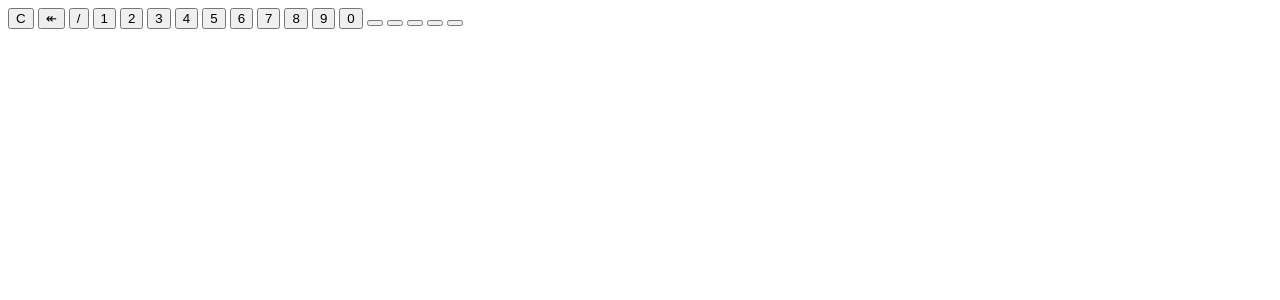
Repository: jhonenmanuel1/javaScript-calculator
Page: src/index.html
The author's editor kept a copy of each file at every save. The page is drawn from the files as they stood at one save, then again after the next save.
The browser window is 1280 px wide. The pictures show the whole page.

Above is the page before, as saved 2022-08-02 22:23:33.

### src/index.html
<!DOCTYPE html>
<html lang="en">
  <head>
    <meta charset="UTF-8" />
    <meta http-equiv="X-UA-Compatible" content="IE=edge" />
    <meta name="viewport" content="width=device-width, initial-scale=1.0" />
    <title>JavaScript Calculator</title>
    <link
      href="https://fonts.googleapis.com/css2?family=Open+Sans:ital,wght@1,500&display=swap"
      rel="stylesheet"
    />
  </head>
  <body>
    <div class="container">
      <div class="calculator">
        <div class="display">
          <div id="last-value"></div>
          <div id="actual-value"></div>
        </div>
        <button> C</button>
        <button>&Larr;</button>
        <button>/</button>
        <button>1</button>
        <button>2</button>
        <button>3</button>
        <button>4</button>
        <button>5</button>
        <button>6</button>
        <button>7</button>
        <button>8</button>
        <button>9</button>
        <button>0</button>
        <button></button>
        <button></button>
        <button></button>
        <button></button>
        <button></button>
      </div>
    </div>
  </body>
</html>

After the next save:
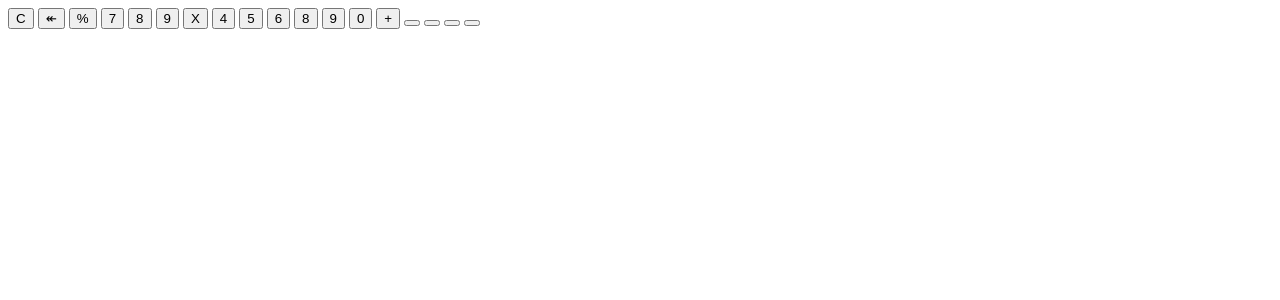
Saved 89 s later.
--- a/src/index.html
+++ b/src/index.html
@@ -19,18 +19,18 @@
         </div>
         <button> C</button>
         <button>&Larr;</button>
-        <button>/</button>
-        <button>1</button>
-        <button>2</button>
-        <button>3</button>
+        <button>%</button>
+        <button>7</button>
+        <button>8</button>
+        <button>9</button>
+        <button>X</button>
         <button>4</button>
         <button>5</button>
         <button>6</button>
-        <button>7</button>
         <button>8</button>
         <button>9</button>
         <button>0</button>
-        <button></button>
+        <button>+</button>
         <button></button>
         <button></button>
         <button></button>
